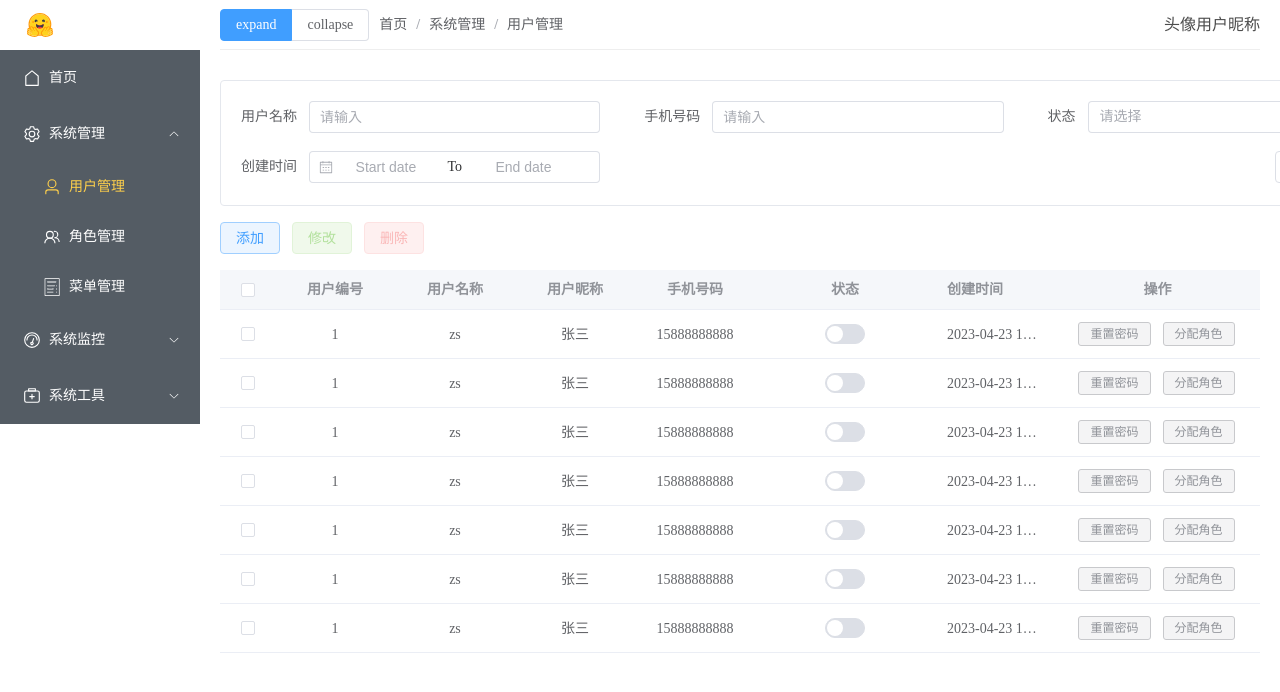
Repository: 202100202078/SignInBox
Page: /admin/system/user
These files come from the project's save history. The page is drawn as it stood at one moment and after a run of saves; the edit follows.
The browser window is 1280 px wide. The pictures show the whole page.
The project was rebuilt for these pictures with package versions that can differ from the ones it lists, and the page was loaded fresh each time. Also part of the build but not shown: vite.config.js, src/components/FilterLayout.vue, src/components/PageFooter.vue, src/components/TableLayout.vue, src/components/ToolTip.vue, src/assets/fonts/iconfont/iconfont.js, src/assets/style/variables.module.scss.

Above is the page before, as saved 2024-01-30 16:38:05.

### src/main.js
import { createApp } from 'vue'
import '@/assets/style/base.scss'
import pinia from '@/stores/index'
import App from './App.vue'
import router from './router'
import ElementPlus from 'element-plus'
import 'element-plus/dist/index.css'
import '@/assets/fonts/iconfont/iconfont.css'
import '@/assets/fonts/iconfont/iconfont.js'
import * as ElementPlusIconsVue from '@element-plus/icons-vue'

const app = createApp(App)
for (const [key, component] of Object.entries(ElementPlusIconsVue)) {
  app.component(key, component)
}
app.use(ElementPlus)
app.use(pinia)
app.use(router)

app.mount('#app')

### src/assets/style/base.scss
* {
  margin: 0px;
  padding: 0px;
  box-sizing: border-box;
}

.icon {
  width: 1em;
  height: 1em;
  vertical-align: -0.15em;
  fill: currentColor;
  overflow: hidden;
}

.el-menu {
  border:0!important;
}

ul {
  list-style:none;
}

li {
  list-style-type:none;
}

a {
	text-decoration: none; /* 去除默认的下划线 */
	outline: none;	/* 去除旧版浏览器的点击后的外虚线框 */
	color: #000;	/* 去除默认的颜色和点击后变化的颜色 */
}

// 阿里字体图标设置
.icon, .iconfont {
  font-family:"iconfont" !important;
  font-size:16px;
  font-style:normal;
  -webkit-font-smoothing: antialiased;
  -webkit-text-stroke-width: 0.2px;
  -moz-osx-font-smoothing: grayscale;
}

### src/stores/index.js
//将pinia相关代码整合至此
import { createPinia } from 'pinia'
import persist from 'pinia-plugin-persistedstate'

const pinia = createPinia()
pinia.use(persist)

export default pinia

export * from './modules/user'

### src/assets/fonts/iconfont/iconfont.css
@font-face {
  font-family: "iconfont"; /* Project id 4345534 */
  src: url('iconfont.woff2?t=1703642635456') format('woff2'),
       url('iconfont.woff?t=1703642635456') format('woff'),
       url('iconfont.ttf?t=1703642635456') format('truetype');
}

.iconfont {
  font-family: "iconfont" !important;
  font-size: 16px;
  font-style: normal;
  -webkit-font-smoothing: antialiased;
  -moz-osx-font-smoothing: grayscale;
}

.icon-yunyingbaobiao:before {
  content: "\e620";
}

.icon-jiekou1:before {
  content: "\e694";
}

.icon-jiaoseguanli:before {
  content: "\e618";
}

.icon-dingshirenwu:before {
  content: "\e651";
}

.icon-daimashengcheng:before {
  content: "\e636";
}

.icon-a-Icon-line-hamburger-right1x:before {
  content: "\e84c";
}

.icon-a-Icon-line-hamburger-left1x:before {
  content: "\e84d";
}

.icon-a-shujujiankong2:before {
  content: "\e628";
}

.icon-a-zaixianyonghu2:before {
  content: "\e629";
}

.icon-shouqi:before {
  content: "\e6b8";
}

.icon-xiala:before {
  content: "\e6b9";
}

.icon-gantanhao-quan:before {
  content: "\e70f";
}

.icon-yuandianxiao:before {
  content: "\e757";
}

.icon-duihao:before {
  content: "\eaf1";
}

.icon-fuzhi:before {
  content: "\ec7a";
}

.icon-shuaxin:before {
  content: "\e8b9";
}

.icon-shezhi:before {
  content: "\e642";
}

.icon-midutu:before {
  content: "\e749";
}

.icon-wodedingdan:before {
  content: "\e655";
}

.icon-admin-manage:before {
  content: "\e60e";
}

.icon-xiaolian:before {
  content: "\e8ab";
}

.icon-chongzhi:before {
  content: "\e60b";
}

.icon-jiekou:before {
  content: "\e607";
}

.icon-4_square_solid:before {
  content: "\e64d";
}

.icon-1_square_solid:before {
  content: "\e64e";
}

.icon-5_square_solid:before {
  content: "\e64c";
}

.icon-3_square_solid:before {
  content: "\e64f";
}

.icon-2_square_solid:before {
  content: "\e650";
}

### src/stores/modules/user.js
import { defineStore } from 'pinia'
import { ref } from 'vue'

export const useUserStore = defineStore(
  'interface-user',
  () => {
    //用户标识
    const token = ref('1234')
    const setToken = (t) => {
      token.value = t
    }
    return {
      token,
      setToken
    }
  },
  {
    persist: true,
    key: 'interface-token',
    paths: ['token']
  }
)

### src/views/admin/layout/SystemPage.vue
<script setup>
import { ref } from 'vue'
import { useRouter, useRoute } from 'vue-router'
import { onMounted } from 'vue'
import { useUserStore } from '@/stores/modules/user.js'
import MySlider from './conponents/MySlider.vue'
const userStore = useUserStore()
const route = useRoute()
const router = useRouter()
// 控制侧边栏是否折叠
const isCollapse = ref(false)
// 记录当前侧边栏
const activeIndex = ref('')

const handleAvatarCommand = async (command) => {
  //如果是退出登录需要清除本地用户信息
  // console.log('清除本地用户信息')
  if (command === '/login') {
    await ElMessageBox.confirm('你确认退出登录吗？', '温馨提示', {
      type: 'warning',
      confirmButtonText: '确认',
      cancelButtonText: '取消'
    })
    userStore.setToken('')
    // userStore.setUser({})
    // router.push(`/login`)
  } else {
    // router.push(`/user/${command}`)
  }
  router.push(command)
}

// Tab标签相关
// let tabIndex = 2
// const editableTabsValue = ref('2')
// const editableTabs = ref([
//   {
//     title: 'Tab 1',
//     name: '1',
//     content: 'Tab 1 content'
//   },
//   {
//     title: 'Tab 2',
//     name: '2',
//     content: 'Tab 2 content'
//   }
// ])

// const handleTabsEdit = (targetName, action) => {
//   if (action === 'add') {
//     const newTabName = `${++tabIndex}`
//     editableTabs.value.push({
//       title: 'New Tab',
//       name: newTabName,
//       content: 'New Tab content'
//     })
//     editableTabsValue.value = newTabName
//   } else if (action === 'remove') {
//     const tabs = editableTabs.value
//     let activeName = editableTabsValue.value
//     if (activeName === targetName) {
//       tabs.forEach((tab, index) => {
//         if (tab.name === targetName) {
//           const nextTab = tabs[index + 1] || tabs[index - 1]
//           if (nextTab) {
//             activeName = nextTab.name
//           }
//         }
//       })
//     }

//     editableTabsValue.value = activeName
//     editableTabs.value = tabs.filter((tab) => tab.name !== targetName)
//   }
// }

onMounted(() => {
  // 页面刷新使得侧边栏为当前激活路由
  activeIndex.value = route.path
})
</script>

<template>
  <div class="system-layout">
    <el-container style="height: 100%">
      <MySlider :isCollapse="isCollapse" :activeIndex="activeIndex"></MySlider>
      <el-container>
        <el-header>
          <div class="header-top">
            <div class="header-top-left">
              <el-radio-group v-model="isCollapse" class="collapseBtns">
                <el-radio-button :label="false">expand</el-radio-button>
                <el-radio-button :label="true">collapse</el-radio-button>
              </el-radio-group>
              <el-breadcrumb separator="/">
                <el-breadcrumb-item
                  v-for="(item, index) in $route.meta.breadInfo"
                  :key="index"
                  >{{ item }}</el-breadcrumb-item
                >
              </el-breadcrumb>
            </div>
            <div class="header-top-right">
              <el-dropdown @command="handleAvatarCommand">
                <span class="el-dropdown-link">
                  <span>头像</span>
                  <span>用户昵称</span>
                </span>
                <template #dropdown>
                  <el-dropdown-menu>
                    <el-dropdown-item command="/home/user"
                      >个人中心</el-dropdown-item
                    >
                    <el-dropdown-item command="/login"
                      >退出登录</el-dropdown-item
                    >
                  </el-dropdown-menu>
                </template>
              </el-dropdown>
            </div>
          </div>
          <!-- <div class="header-bottom">
            <el-tabs
              v-model="editableTabsValue"
              type="card"
              editable
              class="my-tabs"
              @edit="handleTabsEdit"
            >
              <el-tab-pane label="首页" :closeable="false">32444444444444</el-tab-pane>
              <el-tab-pane
                v-for="item in editableTabs"
                :key="item.name"
                :label="item.title"
                :name="item.name"
              >
                {{ item.content }}
              </el-tab-pane>
            </el-tabs>
          </div> -->
        </el-header>
        <el-main>
          <router-view></router-view>
        </el-main>
      </el-container>
    </el-container>
  </div>
</template>

<style lang="scss" scoped>
.system-layout {
  height: 100vh;

  .header-top {
    height: 50px;
    display: flex;
    justify-content: space-between;
    align-items: center;
    border-bottom: 1px solid #eee;
    .header-top-left {
      display: flex;
      align-items: center;
      .collapseBtns {
        margin-right: 10px;
      }
    }
    .header-top-right {
      margin-left: 6px;
      display: flex;
      align-items: center;
      font-size: 16px;
      border-radius: 6px;
      height: 56px;
      line-height: 56px;
      &:hover {
        background-color: rgba(0, 0, 0, 0.1);
        color: rgba(0, 0, 0, 1);
        transition: color 0.3s;
      }
      .el-dropdown {
        :deep(:focus-visible) {
          outline: none;
        }
        .el-dropdown-link {
          cursor: pointer;
          color: rgba(0, 0, 0, 0.7);
          font-size: 16px;
          display: flex;
          align-items: center;
        }
      }
    }
  }
}

</style>

### src/views/admin/system/UserManagement.vue
<script setup>
import MyDialog from './components/MyDialog.vue'
import FilterForm from './components/FilterForm.vue'
import { ref } from 'vue'

// 一个响应式对象存储整个筛选表单的数据
const filterForm = ref({
  uname: '',
  phone: '',
  status: '',
  datePicker: ''
})

const statusOptions = [
  {
    value: '正常',
    label: '正常'
  },
  {
    value: '停用',
    label: '停用'
  }
]

const handleReset = () => {
  // 重置筛选表单
  filterForm.value = {}
}
const handleQuery = () => {
  console.log('query')
}

// 渲染的表格
const tableData = [
  {
    userId: 1,
    uname: 'zs',
    nickName: '张三',
    phone: '15888888888',
    status: false,
    createDate: '2023-04-23 16:11:38'
  },
  {
    userId: 1,
    uname: 'zs',
    nickName: '张三',
    phone: '15888888888',
    status: false,
    createDate: '2023-04-23 16:11:38'
  },
  {
    userId: 1,
    uname: 'zs',
    nickName: '张三',
    phone: '15888888888',
    status: false,
    createDate: '2023-04-23 16:11:38'
  },
  {
    userId: 1,
    uname: 'zs',
    nickName: '张三',
    phone: '15888888888',
    status: false,
    createDate: '2023-04-23 16:11:38'
  },
  {
    userId: 1,
    uname: 'zs',
    nickName: '张三',
    phone: '15888888888',
    status: false,
    createDate: '2023-04-23 16:11:38'
  },
  {
    userId: 1,
    uname: 'zs',
    nickName: '张三',
    phone: '15888888888',
    status: false,
    createDate: '2023-04-23 16:11:38'
  },
  {
    userId: 1,
    uname: 'zs',
    nickName: '张三',
    phone: '15888888888',
    status: false,
    createDate: '2023-04-23 16:11:38'
  }
]

//表格多选
const multipleTableRef = ref()
const multipleSelection = ref([])

const handleSelectionChange = (val) => {
  multipleSelection.value = val
}

// dialog组件ref
const myDialogRef = ref()
// dialog的标题
const dialogTitle = ref('添加用户')

// 点击添加用户
const addUserFn = () => {
  dialogTitle.value = '添加用户'
  myDialogRef.value.open()
}
// 点击修改用户
const editUserFn = () => {
  dialogTitle.value = '修改用户'
  // 将当前多选框选中数据渲染到dialog中
  const curSelection = multipleSelection.value[0]
  formModel.value = curSelection
  myDialogRef.value.open()
}
// 点击删除用户
const delUserFn = () => {
  dialogTitle.value = '系统提示'
  myDialogRef.value.open()
}

// dialog表单
const formModel = ref({
  nickName: '',
  phone: '',
  email: '',
  uname: '',
  password: '',
  role: '',
  gender: '',
  status: '',
  desc: ''
})

const rules = {}
</script>

<template>
  <MyDialog :title="dialogTitle" ref="myDialogRef">
    <template #form>
      <el-form
        :model="formModel"
        label-width="80px"
        label-position="left"
        :rules="rules"
      >
        <el-form-item label="用户昵称">
          <el-input v-model="formModel.nickName" />
        </el-form-item>
        <el-form-item label="手机号码">
          <el-input v-model="formModel.phone" />
        </el-form-item>
        <el-form-item label="用户名称">
          <el-input v-model="formModel.uname" />
        </el-form-item>
        <el-form-item label="用户密码">
          <el-input v-model="formModel.password" type="password" />
        </el-form-item>
        <el-form-item label="用户性别">
          <el-select v-model="formModel.gender" placeholder="请选择性别">
            <el-option label="男" value="1" />
            <el-option label="女" value="2" />
            <el-option label="未知" value="3" />
          </el-select>
        </el-form-item>
        <el-form-item label="角色">
          <el-select v-model="formModel.role" placeholder="请选择角色">
            <el-option label="普通角色" value="normal" />
          </el-select>
        </el-form-item>
        <el-form-item label="状态">
          <el-radio-group v-model="formModel.status">
            <el-radio :label="true">正常</el-radio>
            <el-radio :label="false">停用</el-radio>
          </el-radio-group>
        </el-form-item>
        <el-form-item label="备注">
          <el-input
            v-model="formModel.desc"
            type="textarea"
            placeholder="请输入内容"
          />
        </el-form-item>
      </el-form>
    </template>
  </MyDialog>
  <div class="user-managemant-page">
    <FilterForm @reset="handleReset" @query="handleQuery">
      <el-form-item label="用户名称">
        <el-input placeholder="请输入" v-model="filterForm.uname"></el-input>
      </el-form-item>
      <el-form-item label="手机号码">
        <el-input placeholder="请输入" v-model="filterForm.phone"></el-input>
      </el-form-item>
      <el-form-item label="状态">
        <el-select v-model="filterForm.status" placeholder="请选择">
          <el-option
            v-for="item in statusOptions"
            :key="item.value"
            :label="item.label"
            :value="item.value"
          />
        </el-select>
      </el-form-item>
      <el-form-item label="创建时间">
        <el-date-picker
          v-model="filterForm.datePicker"
          type="daterange"
          range-separator="To"
          start-placeholder="Start date"
          end-placeholder="End date"
        />
      </el-form-item>
    </FilterForm>
    <div class="user-managemant-page-btns">
      <el-button plain type="primary" @click="addUserFn">添加</el-button>
      <el-button
        plain
        type="success"
        @click="editUserFn"
        :disabled="multipleSelection.length !== 1"
        >修改</el-button
      >
      <el-button
        plain
        type="danger"
        @click="delUserFn"
        :disabled="multipleSelection.length === 0"
        >删除</el-button
      >
    </div>
    <el-table
      :ref="multipleTableRef"
      :data="tableData"
      style="width: 100%"
      @selection-change="handleSelectionChange"
      :header-cell-style="{
        background: '#F5F7FA',
        color: '#909399'
      }"
    >
      <el-table-column align="center" type="selection" width="55" />
      <el-table-column
        align="center"
        property="userId"
        label="用户编号"
        width="120"
      />
      <el-table-column
        align="center"
        property="uname"
        label="用户名称"
        width="120"
      />
      <el-table-column
        align="center"
        property="nickName"
        label="用户昵称"
        width="120"
      />
      <el-table-column
        align="center"
        property="phone"
        label="手机号码"
        width="120"
      />
      <el-table-column label="状态" align="center" width="180">
        <template #default="scope">
          <el-switch v-model="scope.row.status" />
        </template>
      </el-table-column>
      <el-table-column
        property="createDate"
        label="创建时间"
        width="120"
        show-overflow-tooltip
      />
      <el-table-column label="操作" show-overflow-tooltip align="center">
        <template #default="scope">
          <el-button size="small" type="info" plain>重置密码</el-button>
          <el-button size="small" type="info" plain>分配角色</el-button>
        </template>
      </el-table-column>
    </el-table>
  </div>
</template>

<style lang="scss" scoped>
.user-managemant-page {
  .el-form-item {
    width: 30%;
    .el-select {
      width: 100%;
    }
  }
  .user-managemant-page-btns {
    margin-bottom: 16px;
  }
}
</style>

### src/views/admin/layout/conponents/MySlider.vue
<script setup>
import variables from '@/assets/style/variables.module.scss'
defineProps({
  isCollapse: {
    type: Boolean,
    required: true
  },
  activeIndex: {
    type: String,
    required: true
  }
})
// console.log(prop)
</script>

<template>
  <el-aside
    width="200px"
    :style="{ width: isCollapse ? '64px' : '200px' }"
    class="el-aside"
  >
    <div
      :style="{
        backgroundColor: variables.menuBackground
      }"
      class="system-layout-aside"
    >
      <div
        class="logo-show"
        :style="{
          'padding-top': isCollapse ? '16px' : '0',
          transition: '1.5s'
        }"
      >
        <a @click="$router.replace('/admin/index')">
          <img src="@/assets/avg/logo.svg" alt="logo" class="logo" />
          <h1
            class="title"
            :style="{
              opacity: isCollapse ? 0 : 1,
              transition: '0.5s',
              color: isCollapse ? '#545c64' : '#fff'
            }"
          >
            API-BOX管理系统
          </h1>
        </a>
      </div>
      <el-menu
        active-text-color="#ffd04b"
        background-color="#545c64"
        class="el-menu-vertical-demo"
        :default-active="activeIndex"
        text-color="#fff"
        @open="handleOpen"
        @close="handleClose"
        :collapse="isCollapse"
        :unique-opened="true"
        router
      >
        <el-menu-item index="/admin/index">
          <el-icon><House /></el-icon>
          <span>首页</span>
        </el-menu-item>
        <el-sub-menu index="2">
          <template #title>
            <el-icon><Setting /></el-icon>
            <span>系统管理</span>
          </template>
          <el-menu-item index="/admin/system/user">
            <el-icon><User /></el-icon>
            <span>用户管理</span>
          </el-menu-item>
          <el-menu-item index="/admin/system/role">
            <svg class="icon" aria-hidden="true">
              <use xlink:href="#icon-jiaoseguanli"></use>
            </svg>
            <span>角色管理</span>
          </el-menu-item>
          <el-menu-item index="/admin/system/menu">
            <svg class="icon" aria-hidden="true">
              <use xlink:href="#icon-yunyingbaobiao"></use>
            </svg>
            <span>菜单管理</span>
          </el-menu-item>
        </el-sub-menu>
        <el-sub-menu index="3">
          <template #title>
            <el-icon><Odometer /></el-icon>
            <span>系统监控</span>
          </template>
          <el-menu-item index="3-1">
            <svg class="icon" aria-hidden="true">
              <use xlink:href="#icon-a-zaixianyonghu2"></use>
            </svg>
            <span>在线用户</span>
          </el-menu-item>
          <el-menu-item index="3-2">
            <svg class="icon" aria-hidden="true">
              <use xlink:href="#icon-dingshirenwu"></use>
            </svg>
            <span>定时任务</span>
          </el-menu-item>
          <el-menu-item index="3-3">
            <svg class="icon" aria-hidden="true">
              <use xlink:href="#icon-a-shujujiankong2"></use>
            </svg>
            <span>数据监控</span>
          </el-menu-item>
        </el-sub-menu>
        <el-sub-menu index="4">
          <template #title>
            <el-icon><FirstAidKit /></el-icon>
            <span>系统工具</span>
          </template>
          <el-menu-item index="4-1">
            <svg class="icon" aria-hidden="true">
              <use xlink:href="#icon-yunyingbaobiao"></use>
            </svg>
            <span>表单构建</span>
          </el-menu-item>
          <el-menu-item index="4-3">
            <svg class="icon" aria-hidden="true">
              <use xlink:href="#icon-jiekou1"></use>
            </svg>
            <span>系统接口</span>
          </el-menu-item>
        </el-sub-menu>
      </el-menu>
    </div>
  </el-aside>
</template>

<style scoped lang="scss">
.el-aside {
  transition: all 0.5s;
}
.system-layout-aside {
  height: 100%;
  .logo-show {
    height: 50px;
    text-align: center;
    cursor: pointer;
    .logo {
      margin-right: 4px;
      width: 28px;
      vertical-align: middle;
    }
    .title {
      display: inline-block;
      font-size: 14px;
      line-height: 50px;
      font-weight: 600;
      vertical-align: middle;
      color: #fff;
    }
  }
}
.icon {
  vertical-align: middle;
  margin-right: 5px;
  width: 24px;
  text-align: center;
  font-size: 18px;
  color: #fff;
}
</style>

### src/views/admin/system/components/MyDialog.vue
<script setup>
import { ref } from 'vue'
const dialogFormVisible = ref(false)

const props = defineProps({
  title: String
})

const open = () => {
  dialogFormVisible.value = true
}

const confirm = () => {
  // 关闭dialog
  dialogFormVisible.value = false
  // 根据title的不同向父级发送不同命令
  if (props.title === '添加菜单') {
    emit('onAddConfirm')
  } else if (props.title === '编辑菜单') {
    emit('onEditConfirm')
  } else if (props.title === '添加子菜单') {
    emit('onAddChildConfirm')
  }
}

const emit = defineEmits(['onAddConfirm', 'onEditConfirm', 'onAddChildConfirm'])

defineExpose({
  open
})
</script>

<template>
  <el-dialog v-model="dialogFormVisible" :title="title" align-center>
    <slot name="form"> </slot>
    <template #footer>
      <span class="dialog-footer">
        <el-button @click="dialogFormVisible = false">Cancel</el-button>
        <el-button type="primary" @click="confirm"> Confirm </el-button>
      </span>
    </template>
  </el-dialog>
</template>

### src/views/admin/system/components/FilterForm.vue
<script setup>
defineProps({
  showCollapse: {
    type: Boolean,
    default: false
  }
})
const emit = defineEmits(['reset', 'query', 'trigger'])
//暴露重置方法和查询方法以及展开
const reset = () => {
  //获取form对象重置数据即可
  //通知父级reset数据
  emit('reset')
}
const query = () => {
  //通知父级进行发请求筛选数据
  emit('query')
}
const trigger = () => {
  //通知父级进行表单的展示/隐藏
  emit('trigger')
}
// defineExpose({
//   reset,
//   query,
//   trigger
// })
</script>

<template>
  <div class="filter-card">
    <el-card shadow="never" :body-style="{ 'padding-bottom': '4px' }">
      <el-form :inline="true">
        <slot></slot>
        <el-form-item class="btns">
          <el-button @click="reset">重置</el-button>
          <el-button type="primary" @click="query">查询</el-button>
          <span class="trigger" @click="trigger" v-if="showCollapse"
            >展开
            <span
              :class="{
                iconfont: true,
                'icon-xiala': !showCollapse,
                'icon-shouqi': showCollapse
              }"
            ></span
          ></span>
        </el-form-item>
      </el-form>
    </el-card>
  </div>
</template>

<style lang="scss" scoped>
.filter-card {
  margin-bottom: 16px;
  width: 1240px;
  .el-form {
    display: flex;
    justify-content: space-between;
    align-items: center;
    flex-wrap: wrap;
    .el-form-item {
      width: 30%;
      .el-select {
        width: 100%;
      }
    }
    .btns {
      :deep .el-form-item__content {
        display: flex;
        justify-content: flex-end;
        .trigger {
          margin-left: 12px;
          color: #409eff;
          cursor: pointer;
          transition: all 0.3s;
          &:hover {
            color: #79bbff;
          }
        }
      }
    }
  }
}
</style>

Loaded but not shown: index.html (common file); src/App.vue (common file); src/router/index.js (128 lines, source omitted)

After the next 2 saves:
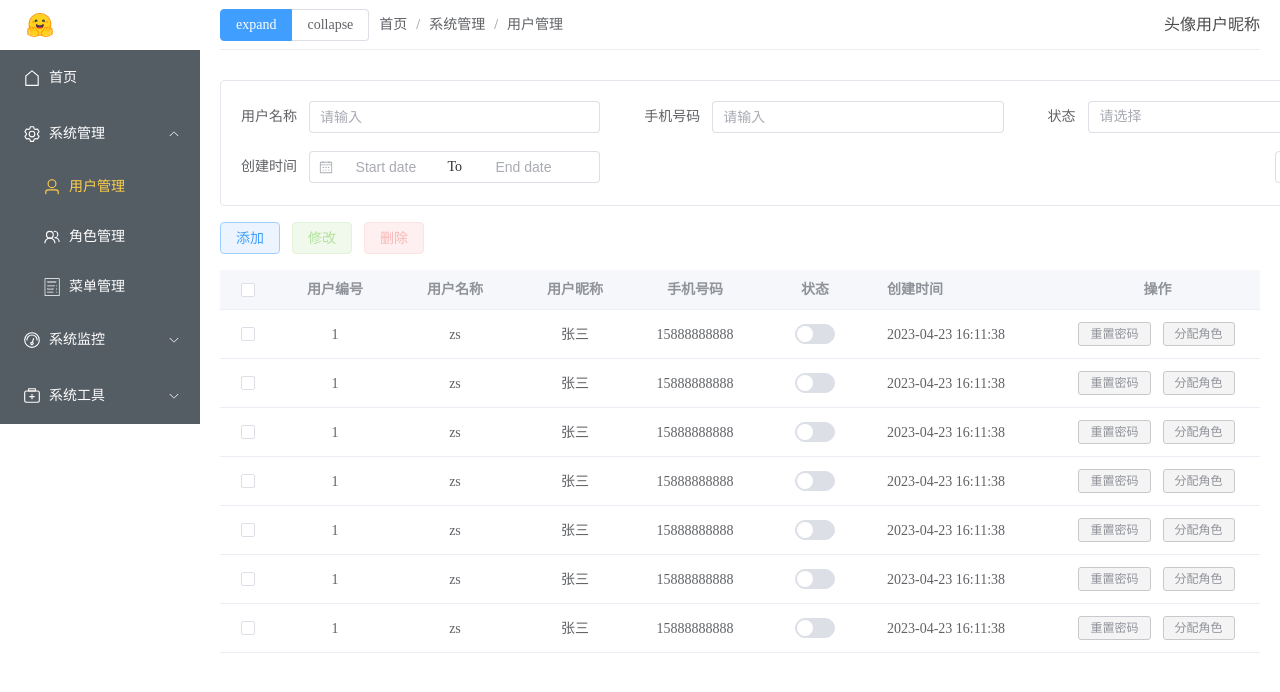
The 2 saves are shown as one change because they came seconds apart.
The last was saved 18 s later.
--- a/src/views/admin/system/UserManagement.vue
+++ b/src/views/admin/system/UserManagement.vue
@@ -267,7 +267,7 @@ const rules = {}
         label="手机号码"
         width="120"
       />
-      <el-table-column label="状态" align="center" width="180">
+      <el-table-column label="状态" align="center" width="120">
         <template #default="scope">
           <el-switch v-model="scope.row.status" />
         </template>
@@ -275,7 +275,7 @@ const rules = {}
       <el-table-column
         property="createDate"
         label="创建时间"
-        width="120"
+        width="180"
         show-overflow-tooltip
       />
       <el-table-column label="操作" show-overflow-tooltip align="center">
